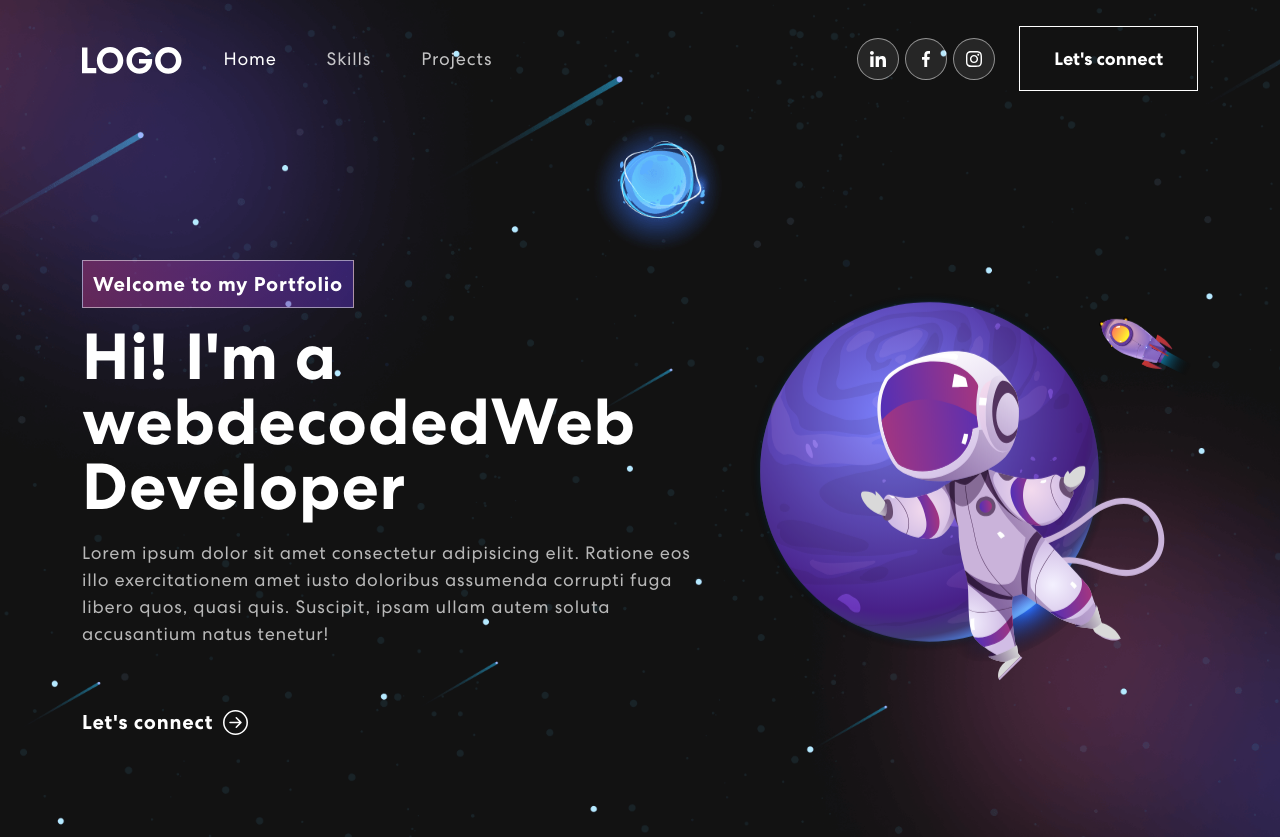
Repository: tynoschuck/personal-space-portfolio
Page: /
An editor plug-in stored every save of this project. The page is shown before and after the next save, followed by the edit.
The browser window is 1280 px wide. The pictures show the whole page.
The project was rebuilt for these pictures with package versions that can differ from the ones it lists, and the page was loaded fresh each time.

Above is the page before, as saved 2023-01-01 14:54:08.

### src/App.js
import logo from "./logo.svg";
import "./App.css";
import { NavBar } from "./components/NavBar";
import { Banner } from "./components/Banner";
import "bootstrap/dist/css/bootstrap.min.css";

function App() {
  return (
    <div className="App">
      <NavBar />
      <Banner />
    </div>
  );
}

export default App;

### src/App.css
@font-face {
  font-family: Centra;
  src: url('./assets/font/CentraNo2-Bold.ttf');
  font-weight: 700;
}
@font-face {
  font-family: Centra;
  src: url('./assets/font/CentraNo2-Book.ttf');
  font-weight: 400;
}
@font-face {
  font-family: Centra;
  src: url('./assets/font/CentraNo2-Medium.ttf');
  font-weight: 500;
}

* {
  margin: 0;
  padding: 0;
  box-sizing: border-box;
}
html {
  scroll-behavior: smooth;
  scroll-padding-top: 75px;
}
body {
  font-weight: 400;
  overflow-x: hidden;
  position: relative;
  background-color: #121212 !important;
  color: #fff !important;
  font-family: Centra, sans-serif !important;
}

h1, h2, h3, h4, h5, h6 {
  margin: 0;
  padding: 0;
  line-height: normal;
}

a:hover {
  text-decoration: none;
}

img {
  width: 100%;
  height: auto;
}

button {
  border: 0;
  background-color: transparent;
}

input:focus, textarea:focus, select:focus {
  outline: none;
}

@media (min-width:1700px) {
	main .container {
		max-width: 100%;
		padding: 0 150px;
	}
}

p.success {
	color: green;
}

p.danger {
	color: red;
}
/************ Navbar Css ************/
nav.navbar {
  padding: 18px 0;
  position: fixed;
  width: 100%;
  top: 0;
  z-index: 9999;
  transition:  0.32s ease-in-out;
}
nav.navbar.scrolled {
  padding: 0px 0;
  background-color: #121212;
}
nav.navbar a.navbar-brand {
    width: 9%;
}
nav.navbar .navbar-nav .nav-link.navbar-link {
  font-weight: 400;
  color: #fff !important;
  letter-spacing: 0.8px;
  padding: 0 25px;
  font-size: 18px;
  opacity: 0.75;
}
nav.navbar .navbar-nav a.nav-link.navbar-link:hover,
nav.navbar .navbar-nav a.nav-link.navbar-link.active {
    opacity: 1;
}
span.navbar-text {
    display: flex;
    align-items: center;
}
.social-icon {
    display: inline-block;
    margin-left: 14px;
}
.social-icon a {
    width: 42px;
    height: 42px;
    background: rgba(217, 217, 217, 0.1);
    display: inline-flex;
    border-radius: 50%;
    margin-right: 6px;
    align-items: center;
    justify-content: center;
    line-height: 1;
    border: 1px solid rgba(255, 255, 255, 0.5);
}
.social-icon a::before {
    content: "";
    width: 42px;
    height: 42px;
    position: absolute;
    background-color: #ffffff;
    border-radius: 50%;
    transform: scale(0);
	transition: 0.3s ease-in-out;
}
.social-icon a:hover::before {
    transform: scale(1);
}
.social-icon a img {
	width: 40%;
	z-index: 1;
	transition: 0.3s ease-in-out;
}
.social-icon a:hover img {
	filter: brightness(0) saturate(100%) invert(0%) sepia(7%) saturate(98%) hue-rotate(346deg) brightness(95%) contrast(86%);
}
.navbar-text button {
  font-weight: 700;
  color: #fff;
  border: 1px solid #fff;
  padding: 18px 34px;
  font-size: 18px;
  margin-left: 18px;
	position: relative;
	background-color: transparent;
	transition: 0.3s ease-in-out;
}
.navbar-text button span {
  z-index: 1;
}
.navbar-text button::before {
  content: "";
  width: 0%;
  height: 100%;
  position: absolute;
  background-color: #fff;
  left: 0;
  top: 0;
  z-index: -1;
  transition: 0.3s ease-in-out;
}
.navbar-text button:hover {
  color: #121212;
}
.navbar-text button:hover::before {
	content: "";
	width: 100%;
	height: 100%;
	position: absolute;
}
nav.navbar .navbar-toggler:active,
nav.navbar .navbar-toggler:focus {
	outline: none;
    box-shadow: none;
}
nav.navbar .navbar-toggler-icon {
  width: 24px;
  height: 17px;
  background-image: none;
  position: relative;
  border-bottom: 2px solid #fff;
  transition: all 300ms linear;
  top: -2px;
}
nav.navbar .navbar-toggler-icon:focus {
	border-bottom: 2px solid #fff;
}
nav.navbar .navbar-toggler-icon:after,
nav.navbar .navbar-toggler-icon:before {
	width: 24px;
	position: absolute;
	height: 2px;
	background-color: #fff;
	top: 0;
	left: 0;
	content: '';
	z-index: 2;
	transition: all 300ms linear;
}
nav.navbar .navbar-toggler-icon:after {
	top: 8px;
}
nav.navbar .navbar-toggler[aria-expanded="true"] .navbar-toggler-icon:after {
	transform: rotate(45deg);
	background-color: #fff;
	height: 2px;
}
nav.navbar .navbar-toggler[aria-expanded="true"] .navbar-toggler-icon:before {
	transform: translateY(8px) rotate(-45deg);
	background-color: #fff;
	height: 2px;
}
nav.navbar .navbar-toggler[aria-expanded="true"] .navbar-toggler-icon {
	border-color: transparent;
}

/************ Banner Css ************/
.banner {
  margin-top: 0;
  padding: 260px 0 100px 0;
  background-image: url('./assets/img/banner-bg.png');
  background-position: top center;
  background-size: cover;
  background-repeat: no-repeat;
}
.banner .tagline {
  font-weight: 700;
  letter-spacing: 0.8px;
  padding: 8px 10px;
  background: linear-gradient(90.21deg, rgba(170, 54, 124, 0.5) -5.91%, rgba(74, 47, 189, 0.5) 111.58%);
  border: 1px solid rgba(255, 255, 255, 0.5);
  font-size: 20px;
  margin-bottom: 16px;
  display: inline-block;
}
.banner h1 {
  font-size: 65px;
  font-weight: 700;
  letter-spacing: 0.8px;
  line-height: 1;
  margin-bottom: 20px;
  display: block;
}
.banner p {
  color: #B8B8B8;
  font-size: 18px;
  letter-spacing: 0.8px;
  line-height: 1.5em;
  width: 96%;
}
.banner button {
  color: #fff;
  font-weight: 700;
  font-size: 20px;
  margin-top: 60px;
  letter-spacing: 0.8px;
  display: flex;
  align-items: center;
}
.banner button svg {
  font-size: 25px;
  margin-left: 10px;
  transition: 0.3s ease-in-out;
  line-height: 1;
}
.banner button:hover svg {
  margin-left: 25px;
}
.banner img {
  animation: updown 3s linear infinite;
}
@keyframes updown {
    0% {
        transform: translateY(-20px);
    }
    50% {
        transform: translateY(20px);
    }
    100% {
        transform: translateY(-20px);
    }
}
.txt-rotate > .wrap {
  border-right: 0.08em solid #666;
}

### src/components/NavBar.js
import { useState, useEffect } from "react";
import { Navbar, Container, Nav } from "react-bootstrap";
import logo from "../assets/img/logo.svg";
import navIcon1 from "../assets/img/nav-icon1.svg";
import navIcon2 from "../assets/img/nav-icon2.svg";
import navIcon3 from "../assets/img/nav-icon3.svg";

export const NavBar = () => {
  const [activeLink, setActiveLink] = useState("home");
  const [scrolled, setScrolled] = useState(false);

  useEffect(() => {
    const onScroll = () => {
      if (window.scrollY > 50) {
        setScrolled(true);
      } else {
        setScrolled(false);
      }
    };
    window.addEventListener("scroll", onScroll);

    return () => window.removeEventListener("scroll", onScroll);
  }, []);

  const onUpdateActiveLink = (value) => {
    setActiveLink(value);
  };

  return (
    <Navbar expand="lg" className={scrolled ? "scrolled" : ""}>
      <Container>
        <Navbar.Brand href="#home">
          <img src={logo} alt="logo" />
        </Navbar.Brand>
        <Navbar.Toggle aria-controls="basic-navbar-nav">
          <span className="navbar-toggler-icon"></span>
        </Navbar.Toggle>
        <Navbar.Collapse id="basic-navbar-nav">
          <Nav className="me-auto">
            <Nav.Link
              href="#home"
              className={
                activeLink === "home" ? "active navbar-link" : "navbar-link"
              }
              onClick={() => onUpdateActiveLink("home")}
            >
              Home
            </Nav.Link>
            <Nav.Link
              href="#skills"
              className={
                activeLink === "skills" ? "active navbar-link" : "navbar-link"
              }
              onClick={() => onUpdateActiveLink("skills")}
            >
              Skills
            </Nav.Link>
            <Nav.Link
              href="#projects"
              className={
                activeLink === "projects" ? "active navbar-link" : "navbar-link"
              }
              onClick={() => onUpdateActiveLink("projects")}
            >
              Projects
            </Nav.Link>
          </Nav>
          <span className="navbar-text">
            <div className="social-icon">
              <a href="#">
                <img src={navIcon1} alt="" />
              </a>
              <a href="#">
                <img src={navIcon2} alt="" />
              </a>
              <a href="#">
                <img src={navIcon3} alt="" />
              </a>
            </div>
            <button className="vvd">
              <span>Let's connect</span>
            </button>
          </span>
        </Navbar.Collapse>
      </Container>
    </Navbar>
  );
};

### src/components/Banner.js
import { useState, useEffect } from "react";
import { Container, Row, Col } from "react-bootstrap";
import { ArrowRightCircle } from "react-bootstrap-icons";
import headerImg from "../assets/img/header-img.svg";

export const Banner = () => {
  const [loopNum, setLoopNum] = useState(0);
  const [isDeleting, setIsDeleting] = useState(false);
  const toRotate = ["Web Developer", "Web Designer", "UI/UX Designer"];
  const [text, setText] = useState("");
  const [delta, setDelta] = useState(300 - Math.random() * 100);
  const period = 2000;

  useEffect(() => {
    let ticker = setInterval(() => {
      tick();
    }, delta);

    return () => {
      clearInterval(ticker)};
  // eslint-disable-next-line react-hooks/exhaustive-deps
  }, [text])

  const tick = () => {
    let i = loopNum % toRotate.length;
    let fullText = toRotate[i];
    let updatedText = isDeleting
      ? fullText.substring(0, text.length - 1)
      : fullText.substring(0, text.length + 1);
    setText(updatedText);

    if (isDeleting) {
      setDelta((prevDelta) => prevDelta / 2);
    }
    if (!isDeleting && updatedText === fullText) {
      setIsDeleting(true);
      setDelta(period);
    } else if (isDeleting && updatedText === "") {
      setIsDeleting(false);
      setLoopNum(loopNum + 1);
      setDelta(500);
    }
  }

  return (
    <section className="banner" id="home">
      <Container>
        <Row className="align-items-center">
          <Col xs={12} md={6} xl={7}>
            <span className="tagline">Welcome to my Portfolio</span>
            <h1>
              {`Hi! I'm a webdecoded`}
              <span className="wrap">{text}</span>
            </h1>
            <p>
              Lorem ipsum dolor sit amet consectetur adipisicing elit. Ratione
              eos illo exercitationem amet iusto doloribus assumenda corrupti
              fuga libero quos, quasi quis. Suscipit, ipsam ullam autem soluta
              accusantium natus tenetur!
            </p>
            <button>
              Let's connect <ArrowRightCircle size={25} />
            </button>
          </Col>
          <Col xs={12} md={6} xl={5}>
            <img src={headerImg} alt="header_img" />
          </Col>
        </Row>
      </Container>
    </section>
  );
};

Loaded but not shown: public/index.html (common file); src/index.js (common file); src/index.css (common file); src/reportWebVitals.js (common file)

After the next save:
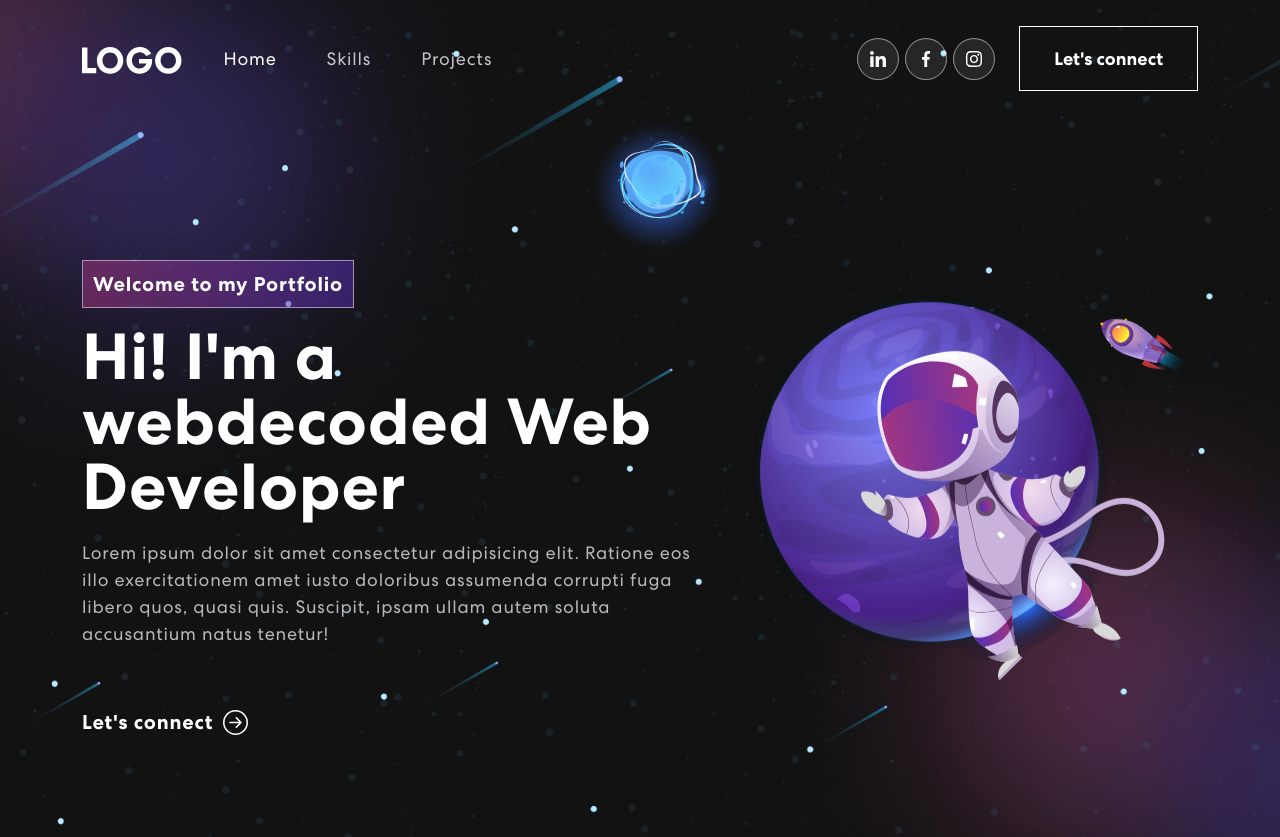
Saved 2 min 41 s later.
--- a/src/components/Banner.js
+++ b/src/components/Banner.js
@@ -50,7 +50,7 @@ export const Banner = () => {
             <span className="tagline">Welcome to my Portfolio</span>
             <h1>
               {`Hi! I'm a webdecoded`}
-              <span className="wrap">{text}</span>
+              <span className="wrap"> {text}</span>
             </h1>
             <p>
               Lorem ipsum dolor sit amet consectetur adipisicing elit. Ratione
